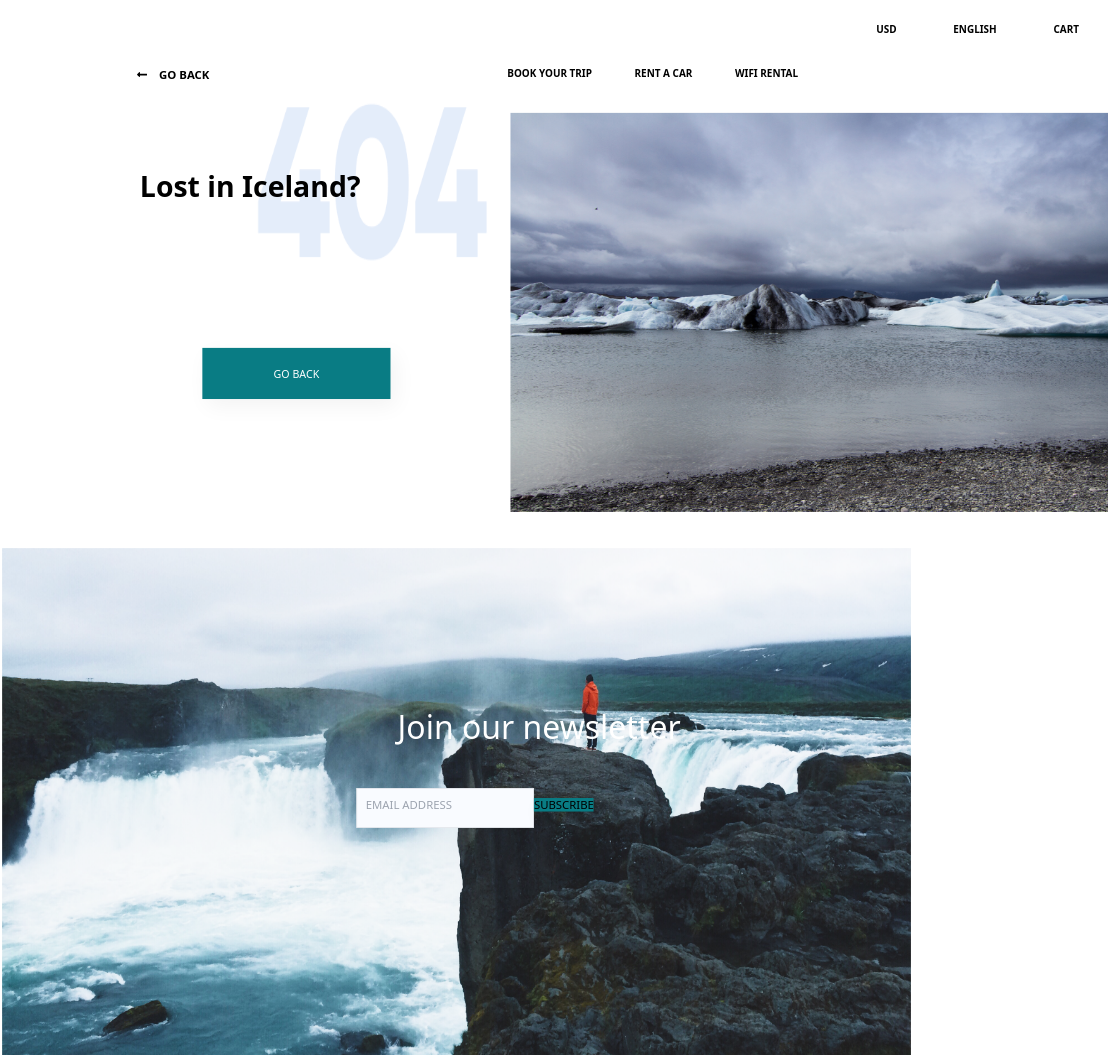
Repository: uh-sman/Iceland
Page: /
These files come from the project's save history. The page is drawn as it stood at one moment and after the next save; the edit follows.
The browser window is 1280 px wide. The page is 1561 px wide, so the pictures cover 1561 px, including what lies to the right of the window. The pictures show the whole page, at 71% of full size.
The project was rebuilt for these pictures with package versions that can differ from the ones it lists, and the page was loaded fresh each time.

Above is the page before, as saved 2022-09-08 23:09:34.

After the next save:
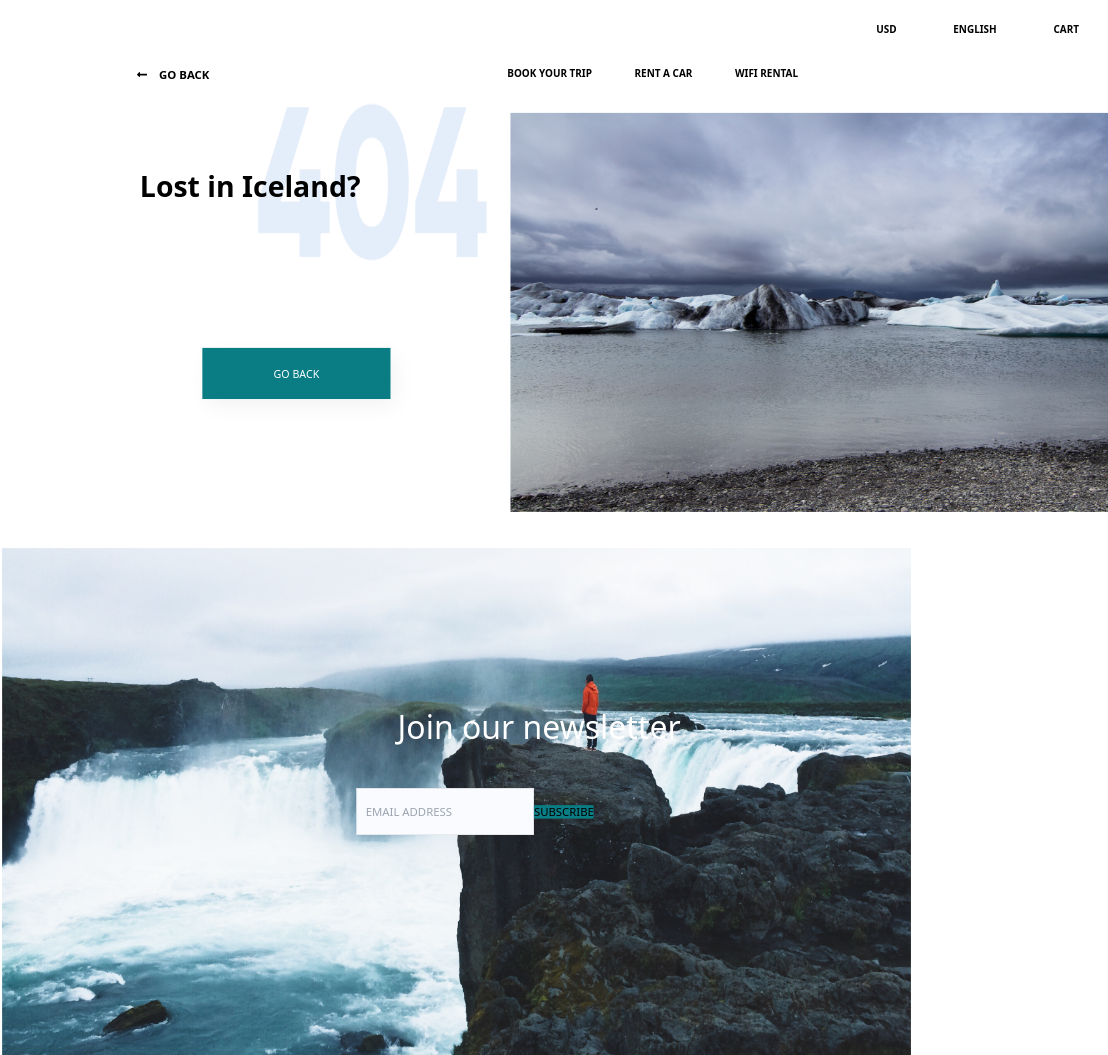
Saved 15 s later.
--- a/src/App.css
+++ b/src/App.css
@@ -9,7 +9,7 @@
   line-height: 18.57px;
 }
 .button {
-  padding: 10px 5px 20px 12px;
+  padding: 20px 5px 20px 12px;
   background: #f9fbff;
   border: 1px solid #e1e3e9;
 }

After the save that followed:
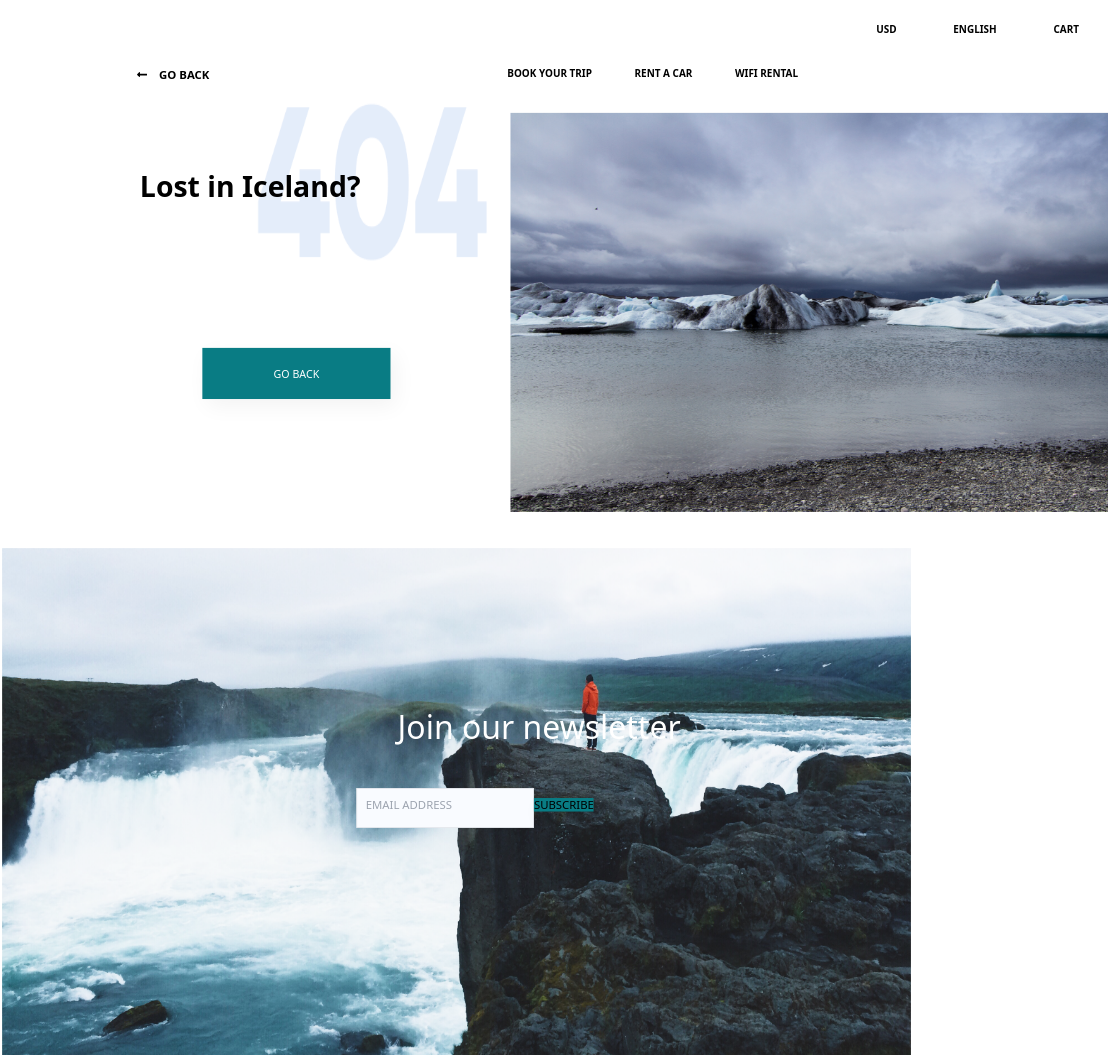
Saved 8 s later.
--- a/src/App.css
+++ b/src/App.css
@@ -9,7 +9,7 @@
   line-height: 18.57px;
 }
 .button {
-  padding: 20px 5px 20px 12px;
+  padding: 10px 5px 20px 12px;
   background: #f9fbff;
   border: 1px solid #e1e3e9;
 }
